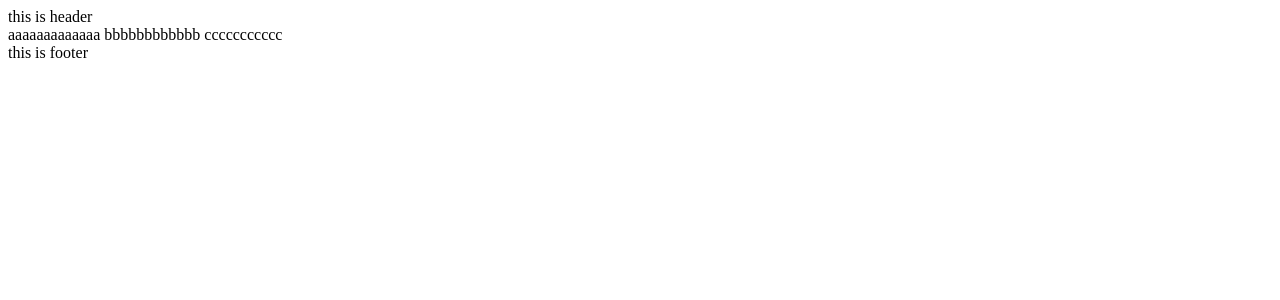
Repository: ksbsh27/multi_lingual
Page: index.html
These files come from the project's save history. The page is drawn as it stood at one moment and after a run of saves; the edit follows.
The browser window is 1280 px wide. The pictures show the whole page.
The style sheet was rebuilt from its Sass, Less or Tailwind sources for each picture, by a compiler version that may differ from the author's.

Above is the page before, as saved 2022-03-31 20:34:23.

After the next 7 saves:
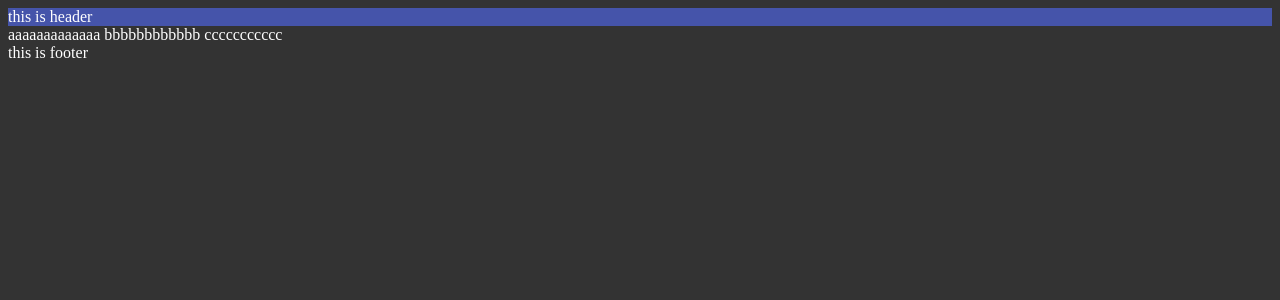
The 7 saves are shown as one change because 2 did not build or start and some came seconds apart.
The last was saved 25 s later.
--- a/sass/style.scss
+++ b/sass/style.scss
@@ -1,4 +1,4 @@
-@im
+@import "./header";
 body {
   color: #fff;
   background: #333;
